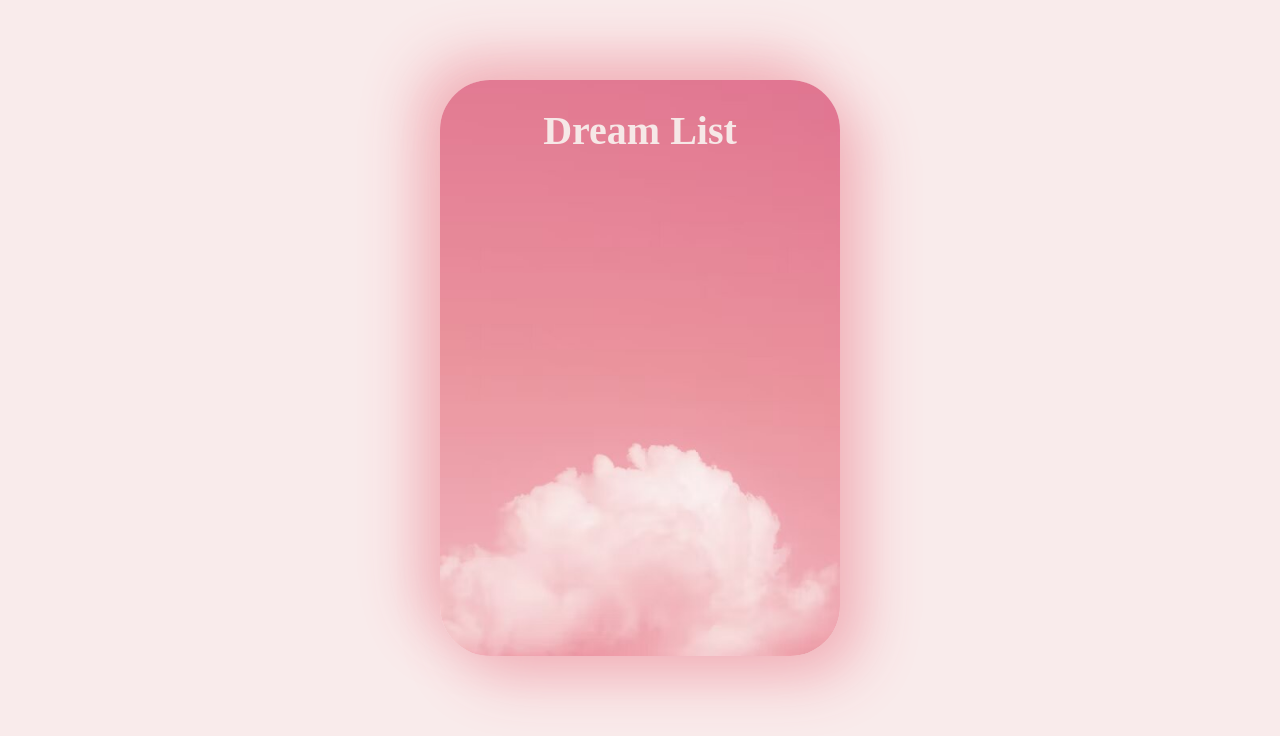
Repository: asya-aisa/grocery-list
Page: /
The author's editor kept a copy of each file at every save. The page is drawn from the files as they stood at one save, then again after the next save.
The browser window is 1280 px wide. The pictures show the whole page.
The project was rebuilt for these pictures with package versions that can differ from the ones it lists, and the page was loaded fresh each time.

Above is the page before, as saved 2023-07-14 15:02:26.

After the next save:
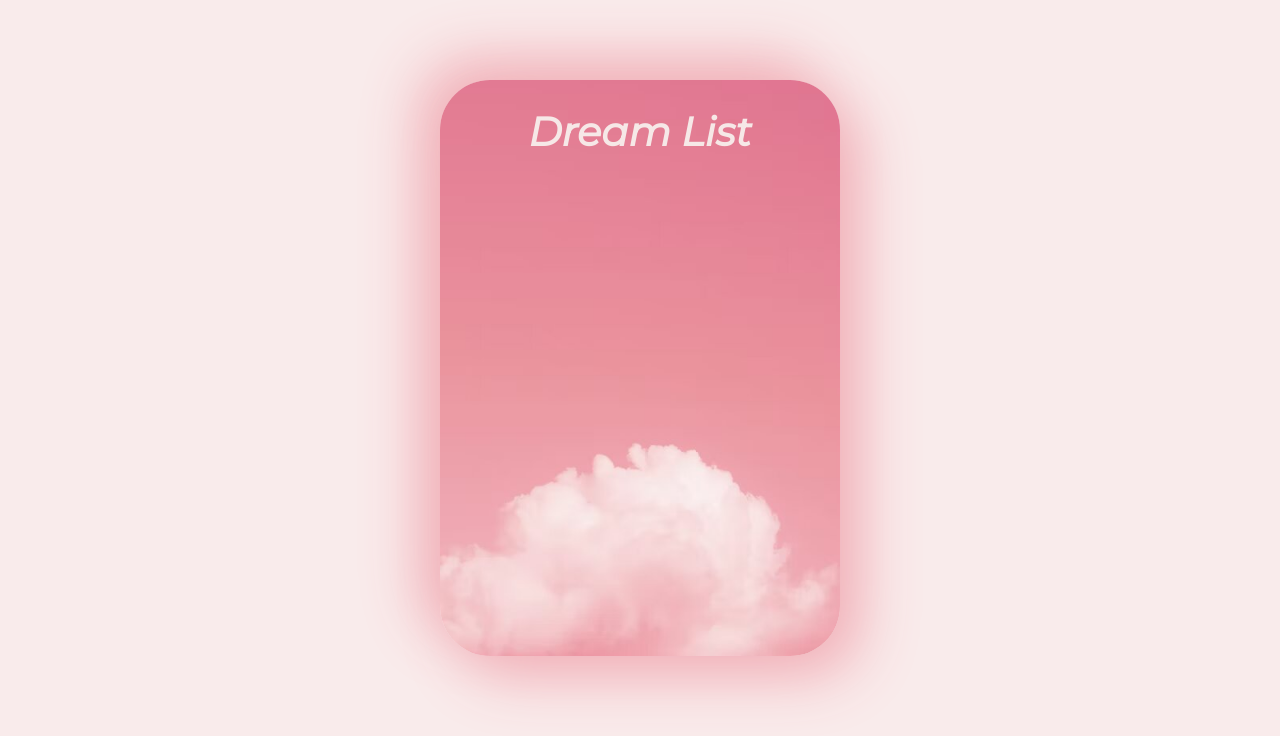
Saved 7 s later.
--- a/src/App.css
+++ b/src/App.css
@@ -20,4 +20,5 @@ body {
 h1 {
   color:#f6e8e7;
   font-size: 40px;
+  font-family: 'Montserrat', sans-serif;
 }
